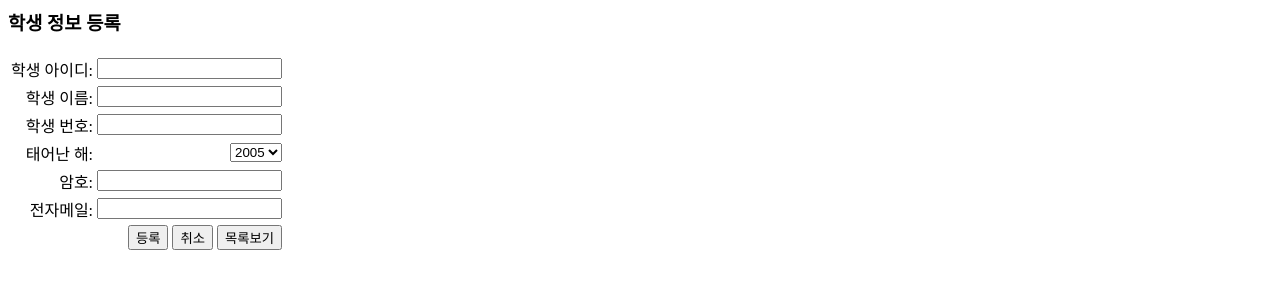
Repository: LifeIsRightward/WebServer
Page: http://localhost/JSPBook/edit.jsp
An editor plug-in stored every save of this project. The page is shown before and after the next save, followed by the edit.
The browser window is 1280 px wide. The pictures show the whole page.
The page is served by Tomcat 9. Other server files are loaded and not shown.

Above is the page before, as saved 2024-06-03 16:24:28.

### JSPBook/src/main/webapp/edit.jsp
<%@ page language="java" contentType="text/html; charset=UTF-8" pageEncoding="UTF-8"%>
<html>
<head>
<meta charset="UTF-8">
<title>Insert title here</title>
<style>
td {
	text-align: right;
}
</style>
</head>
<body>
	<%-- <%@ include file = "dbconn.jsp" %> --%>
	<%@ page import = "javabean.*" %>

	<%
		String headline;
		String useid = "";
		String name = "";
		String num = "";
		String year = "";
		String pw = "";
		String email = "";
		useid = request.getParameter("id");

		if(useid != null){
			String idnum = useid;
			StudentDBCP sDBCP = new StudentDBCP();
			StudentEntity se = sDBCP.getStudent(idnum);
			name = se.getName();
			num = se.getNum();
			year = se.getYear();
			pw = se.getPassword();
			email = se.getEmail();
			headline = "수정 삭제";
		}else{
			headline = "등록";
		}

	%>
	   <h3>학생 정보 <%= headline %></h3>
	   <form id="myForm" name="boardform" method="post" action="process.jsp">
	   	<table>
	   		<tr>
	   			<td class = "td_title">학생 아이디: </td>
	   			<td class="td_input">
	   				<% if(useid == null) { %>
	   				<input type="text" name="id">
	   				<% }else {  %>
	   				<input type="text" name = "id" value = "<%=useid %>" readonly>
	   				<%} %>
	   			</td>
	   			</tr>
	   			<tr>
	   				<td class="td_title">학생 이름: </td>
	   				<td class="td_input"><input type="text" name="name" value="<%=name%>"></td>
	   			</tr>
	   			<tr>
	   				<td class="td_title">학생 번호: </td>
	   				<td class="td_input"><input type="text" name="num" value="<%=num%>"></td>
	   			</tr>
	   			<tr>
	   				<td class="td_title">태어난 해: </td>
	   				<td class="td_input">
	   					<%if (useid == null){ %>
	   					<select name = "year">
	   						<option value='2005'>2005</option>
							<option value='2004'>2004</option>
							<option value='2003'>2003</option>
							<option value='2002'>2002</option>
							<option value='2001'>2001</option>
							<option value='2000'>2000</option>
							<option value='1999'>1999</option>
							<option value='1998'>1998</option>
							<option value='1997'>1997</option>
							<option value='1996'>1996</option>
							<option value='1995'>1995</option>
	   					</select>
	   					<%} else { %>
	   						<select name = "year">
	   							<option selected><%=year %></option>
								<option value='2004'>2004</option>
								<option value='2003'>2003</option>
								<option value='2002'>2002</option>
								<option value='2001'>2001</option>
								<option value='2000'>2000</option>
								<option value='1999'>1999</option>
								<option value='1998'>1998</option>
								<option value='1997'>1997</option>
								<option value='1996'>1996</option>
								<option value='1995'>1995</option>
	   						</select>
	   					<%} %>
	   				</td>
	   			</tr>
	   			<tr>
	   				<td class="td_title">암호: </td>
	   				<td class="td_input"><input type="text" name="password" value="<%=pw%>"></td>
	   			</tr>
	   			<tr>
	   				<td class="td_title">전자메일: </td>
	   				<td class="td_input"><input type="text" name="email" value="<%=email%>"></td>
	   			</tr>
	   			<tr>
	   				<td colspan="2">
	   				<% if(useid == null) { %>
	   					<input type = "submit" value="등록" name="separation">
	   				<%} else { %>
	   					<input type = "submit" value="수정" name="separation">
	   					<input type = "button" value="삭제" name="separation" id="delete" onClick="check()">
	   				<% } %>
	   				<input type = "reset" value="취소">
	   				<input type = "button" value="목록보기" onClick="location.href='show.jsp'">
	   			</td>
	   		</tr>
	   	</table>
	   </form>
	<script src="check.js"></script>
</body>
</html>

### JSPBook/src/main/webapp/check.js
function check() {
			const isDelete = confirm("정말로 삭제하시겠습니까?");
			console.log(isDelete);

			if (isDelete) {
				const form = document.getElementById('myForm');

				// 숨겨진 입력 필드 추가
				let hiddenField = document.createElement('input');
				hiddenField.type = 'hidden';
				hiddenField.name = 'separation';
				hiddenField.value = '삭제';
				form.appendChild(hiddenField);

				form.submit();
			}
		}

After the next save:
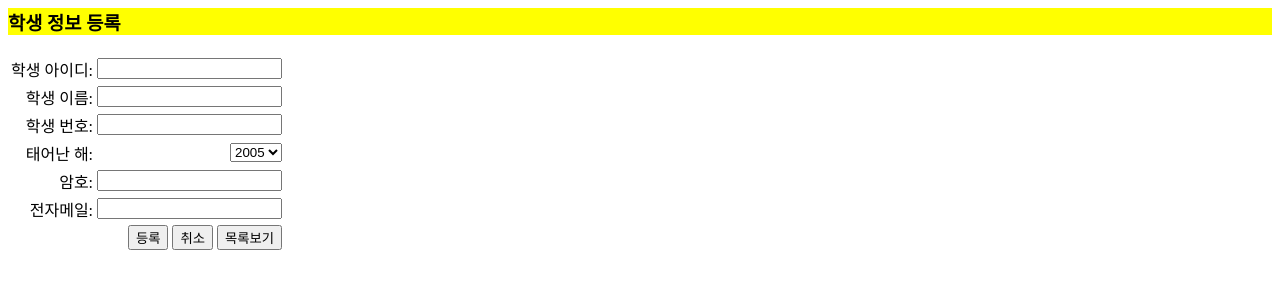
Saved 33 s later.
--- a/JSPBook/src/main/webapp/edit.jsp
+++ b/JSPBook/src/main/webapp/edit.jsp
@@ -38,7 +38,7 @@ td {
 		}
 
 	%>
-	   <h3>학생 정보 <%= headline %></h3>
+	   <h3 style="background: yellow">학생 정보 <%= headline %></h3>
 	   <form id="myForm" name="boardform" method="post" action="process.jsp">
 	   	<table>
 	   		<tr>
